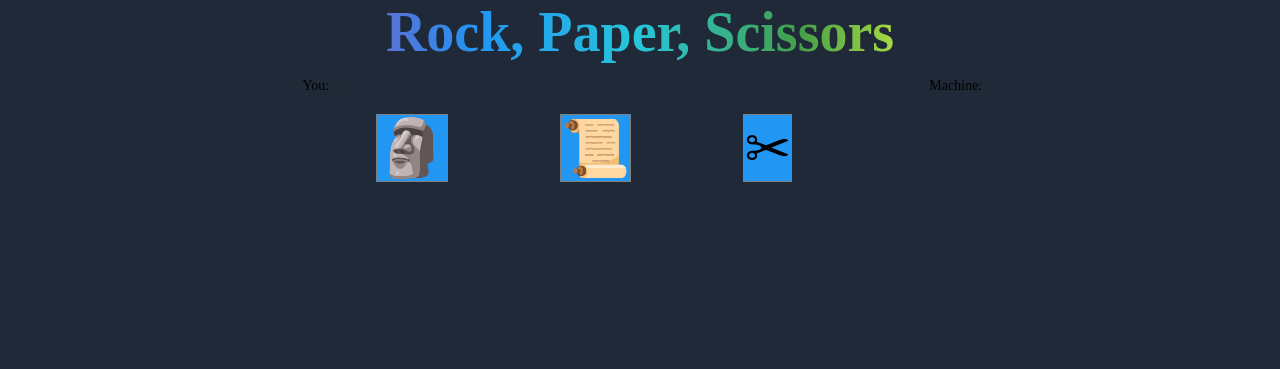
Repository: dung8466/RPS
Page: index.html
These files come from the project's save history. The page is drawn as it stood at one moment and after the next save; the edit follows.
The browser window is 1280 px wide. The pictures show the whole page.

Above is the page before, as saved 2022-07-01 21:39:47.

### index.html
<!DOCTYPE html>
<html lang="en">
<head>
    <meta charset="UTF-8">
    <meta http-equiv="X-UA-Compatible" content="IE=edge">
    <meta name="viewport" content="width=device-width, initial-scale=1.0">
    <title>Fun Game</title>
    <link rel="stylesheet" href="style.css">
    <script src="script.js" defer></script>
</head>
<body>
    <h1 class="header">
        Rock, Paper, Scissors
    </h1>
    <div class="results flex-box">
        <div class="player-result">
            You: <span class="result-score" data-your-score>0</span>
        </div>
        <div class="machine-result" data-final-column>
            Machine: <span class="result-score" data-computer-score>0</span>
        </div>
    </div>
    <div class="selections">
        <button class="selection" data-selection="rock">🗿</button>
        <button class="selection" data-selection="paper">📜</button>
        <button class="selection" data-selection="scissors">✂</button>
    </div>
</body>
</html>

### style.css
*{
    font-family: 'Times New Roman', Times, serif;
    font-size: 14px;
    margin: 0;
    padding: 0;
    background-color: #1f2937;
}
.header{
    font-size: 4em;
    font-weight: bold;
    background: linear-gradient(to right, #ef5350, #f48fb1, #7e57c2, #2196f3, #26c6da, #43a047, #eeff41, #f9a825, #ff5722);
    -webkit-background-clip: text;
    -webkit-text-fill-color: transparent;
    text-align: center;
}
.selections {
    display: flex;
    justify-content: center;
    margin-top: 20px;
  }

  .selection {
    background-color: #2196f3;
    border: solid 1px gray;
    cursor: pointer;
    font-size: 4rem;
    transition: 100ms;
    margin-right: 2em;
  }

  .selection:hover {
    transform: scale(1.2);
  }

  .results {
    margin-top: 1rem;
    display: grid;
    justify-content: center;
    grid-template-columns: repeat(2, 1fr);
    justify-items: center;
    align-items: center;
  }

  .result-score {
    margin-left: .1rem;
    font-size: .5rem;
    color: #333;
  }

  .result-selection {
    opacity: .5;
  }

  .result-selection.winner {
    opacity: 1;
    font-size: 1.5rem;
  }

### script.js
const SELECTIONS = [
    {
        name: 'rock',
        emoji: '🗿',
        beats: 'scissors',
    },
    {
        name: 'paper',
        emoji: '📜',
        beats: 'rock',
    },
    {
        name: 'scissors',
        emoji: '✂',
        beats: 'paper',
    }
]
const selectionButtons = document.querySelectorAll('[data-selection]')
const finalColumn = document.querySelector('[data-final-column]')
const computerScoreSpan = document.querySelector('[data-computer-score]')
const yourScoreSpan = document.querySelector('[data-your-score]')
selectionButtons.forEach(selectionButton => {
  selectionButton.addEventListener('click', e => {
    const selectionName = selectionButton.dataset.selection
    const selection = SELECTIONS.find(selection => selection.name === selectionName)
    makeSelection(selection)
  })
})

function makeSelection(selection) {
  const computerSelection = randomSelection()
  const yourWinner = isWinner(selection, computerSelection)
  const computerWinner = isWinner(computerSelection, selection)

  addSelectionResult(computerSelection, computerWinner)
  addSelectionResult(selection, yourWinner)

  if (yourWinner) incrementScore(yourScoreSpan)
  if (computerWinner) incrementScore(computerScoreSpan)
}

function incrementScore(scoreSpan) {
  scoreSpan.innerText = parseInt(scoreSpan.innerText) + 1
}

function addSelectionResult(selection, winner) {
  const div = document.createElement('div')
  div.innerText = selection.emoji
  div.classList.add('result-selection')
  if (winner) div.classList.add('winner')
  finalColumn.after(div)
}

function isWinner(selection, opponentSelection) {
  return selection.beats === opponentSelection.name
}

function randomSelection() {
  const randomIndex = Math.floor(Math.random() * SELECTIONS.length)
  return SELECTIONS[randomIndex]
}

After the next save:
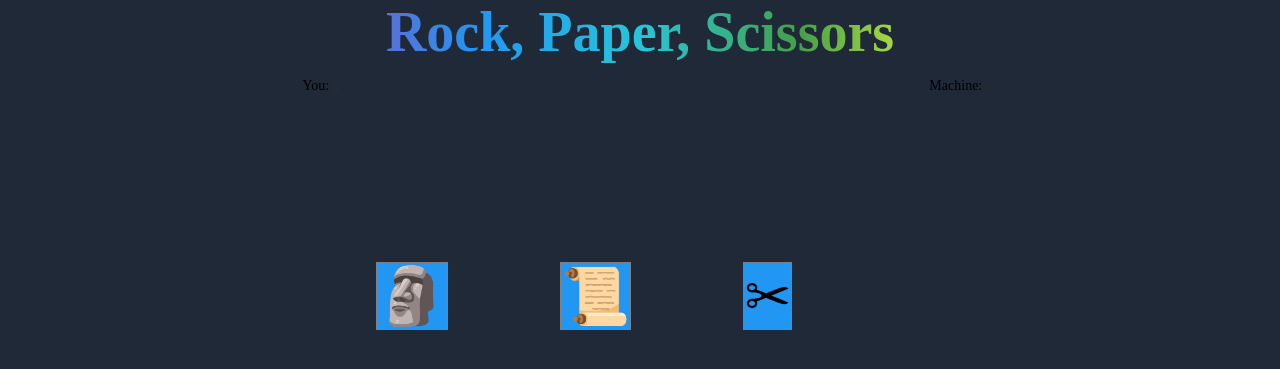
Saved 11 s later.
--- a/style.css
+++ b/style.css
@@ -16,7 +16,6 @@
 .selections {
     display: flex;
     justify-content: center;
-    margin-top: 20px;
   }
 
   .selection {
@@ -26,6 +25,7 @@
     font-size: 4rem;
     transition: 100ms;
     margin-right: 2em;
+    margin-top: 3em;
   }
 
   .selection:hover {
